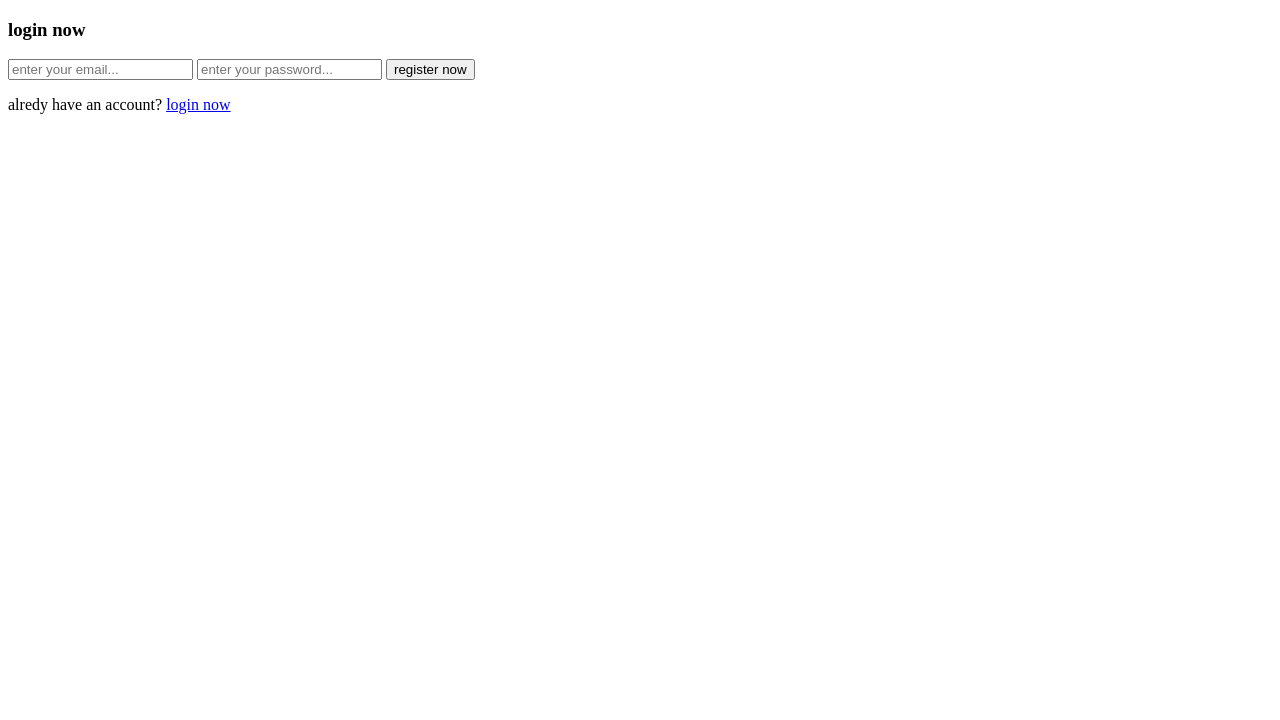
Repository: yennobita/FPT-PHP1
Page: http://localhost/user/login_form.php
These files come from the project's save history. The page is drawn as it stood at one moment and after the next save; the edit follows.
The browser window is 1280 px wide. The pictures show the whole page.
The page is run by PHP 8.4 with error messages shown; the project is at /var/www/html/.

Above is the page before, as saved 2022-07-24 21:36:07.

### ASM_PHP1/user/login_form.php
<!DOCTYPE html>
<html lang="en">
<head>
    <meta charset="UTF-8">
    <meta http-equiv="X-UA-Compatible" content="IE=edge">
    <meta name="viewport" content="width=device-width, initial-scale=1.0">
    <title>login form</title>
    <style>

    </style>
</head>
<body>
    <div class="form-container">
        <form action="" method="post">
            <h3>login now</h3>
            <input type="email" name="email" require placeholder="enter your email...">
            <input type="password" name="password" require placeholder="enter your password...">
            <input type="submit" name="submit" value="register now" class="form-btn">
            <p>alredy have an account? <a href="/user/login_form.php">login now</a></p>
        </form>
    </div>
</body>
</html>

After the next save:
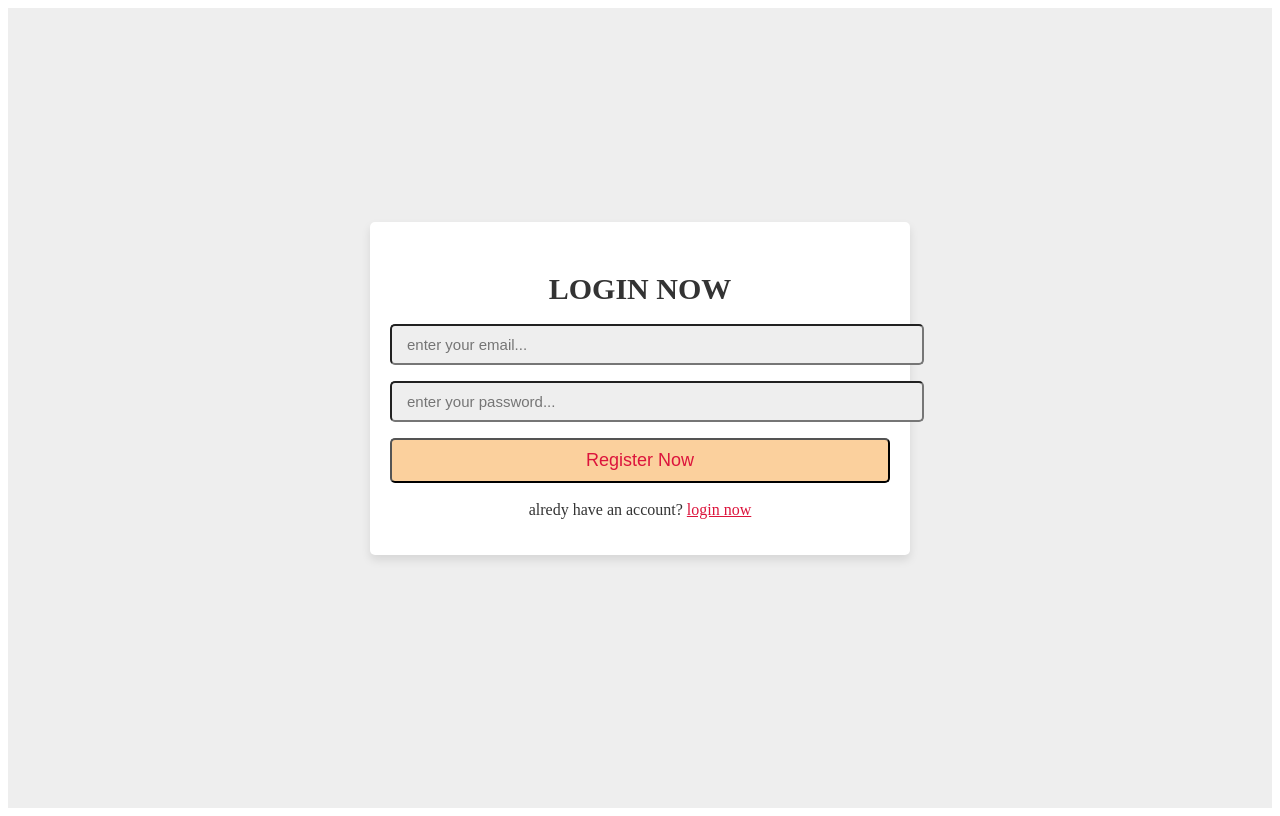
Saved 68 s later.
--- a/ASM_PHP1/user/login_form.php
+++ b/ASM_PHP1/user/login_form.php
@@ -6,6 +6,63 @@
     <meta name="viewport" content="width=device-width, initial-scale=1.0">
     <title>login form</title>
     <style>
+        .form-container {
+        min-height: 100vh;
+        display: flex;
+        align-items: center;
+        justify-content: center;
+        padding: 20px;
+        padding-bottom: 60px;
+        background: #eee;
+
+    }
+    .form-container form {
+        padding: 20px;
+        border-radius: 5px;
+        box-shadow: 0 5px 10px rgba(0, 0, 0, .1);
+        text-align: center;
+        background: #fff;
+        width: 500px;
+    }
+    .form-container form h3 {
+        font-size: 30px;
+        text-transform: uppercase;
+        margin-bottom: 10px;
+        color: #333;
+
+    }
+    .form-container form input,
+    .form-container form select {
+        width: 100%;
+        padding: 10px 15px;
+        font-size: 15px;
+        margin: 8px 0;
+        background: #eee;
+        border-radius: 5px;
+
+    }
+        .form-container form .form-btn {
+        background: #fbd09d;
+        color: crimson;
+        text-transform: capitalize;
+        font-size: 18px;
+        cursor: pointer;
+    }
+    .form-container form .form-btn:hover {
+        background: crimson;
+        color: #fff;
+    }
+    .form-container form p {
+        margin-top: 10px;
+        font-size: 16px;
+        color: #333;
+    }
+    .form-container form p a {
+        color: crimson;
+    }
+
+
+
 
     </style>
 </head>
